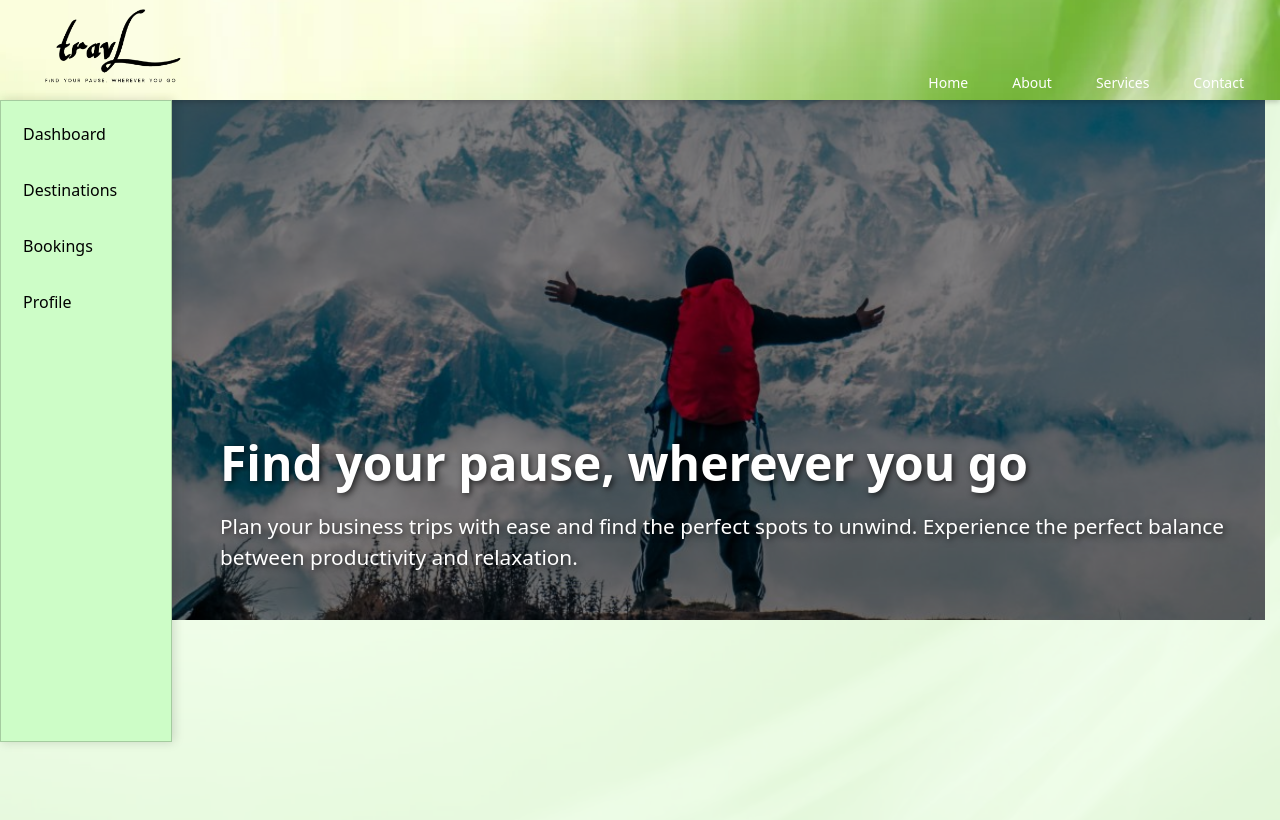
Repository: Nakib-Arman/Javafest25---travL
Page: / (app in Frontend/)
The author's editor kept a copy of each file at every save. The page is drawn from the files as they stood at one save, then again after the next save.
The browser window is 1280 px wide. The pictures show the whole page.
Pictures or frames that could not be fetched are drawn as grey boxes. The project was rebuilt for these pictures with package versions that can differ from the ones it lists, and the page was loaded fresh each time. Also part of the build but not shown: Frontend/vite.config.js.

Above is the page before, as saved 2025-08-13 12:29:38.

### Frontend/src/App.jsx
import { useState } from 'react'

import Home from './Components/Home'

function App() {
  const [count, setCount] = useState(0)

  return (
    <div>
      <Home/>
    </div>
  )
}

export default App

### Frontend/src/Components/Home.jsx
import React, { useState, useEffect } from 'react';
import '../CSS/Home.css';
import Topbar from './Topbar';
import Sidebar from './Sidebar';

import img1 from '../assets/travel1.jpg';
import img2 from '../assets/travel2.jpg';
import img3 from '../assets/travel3.jpg';
import logo from '../assets/Logo1.png';  // adjust the path as needed


export default function Home() {
  const images = [img1, img2, img3];
  const [currentIndex, setCurrentIndex] = useState(0);

  useEffect(() => {
    const timer = setInterval(() => {
      setCurrentIndex((prev) => (prev + 1) % images.length);
    }, 8000);
    return () => clearInterval(timer);
  }, [images.length]);

  return (
    <div className="home-container">
      <Topbar />
      <Sidebar />

      <div className="slideshow-container">
        <div
          className="slide-track"
          style={{ transform: `translateX(-${currentIndex * 100}%)` }}
        >
          {images.map((src, idx) => (
            <img key={idx} src={src} alt={`Slide ${idx}`} className="slide-image" />
          ))}
        </div>

        <div className="overlay-text">
          <h1>Find your pause, wherever you go</h1>
          <p>Plan your business trips with ease and find the perfect spots to unwind.
          Experience the perfect balance between productivity and relaxation.</p>
        </div>
      </div>
    </div>
  );
}

### Frontend/src/CSS/Home.css
.home-container {
    margin: 0;
    padding: 0;

    height: 100vh;
    width: 100vw;

    background-image: url('../assets/background2.jpg');
    background-position: center;
    background-repeat: no-repeat;
    background-size: cover;

    position: relative;
    color: black;
}


.home-container::before {
    content: '';
    position: absolute;
    top: 0;
    left: 0;
    right: 0;
    bottom: 0;
    background: rgba(241, 255, 238, 0.9);
    z-index: 1;
    pointer-events: none;
}



/* Slideshow adjusted to leave space for navbars */
.slideshow-container {
    position: relative;
    margin-top: 100px;
    /* space for topbar */
    margin-left: 165px;
    /* space for sidebar */
    width: calc(100% - 180px);
    height: calc(100% - 200px);
    /* 60% of viewport height */
    overflow: hidden;
    background-color: black;
    /* fallback */
    z-index: 2;
}

.slide-track {
    display: flex;
    transition: transform 0.8s ease-in-out;
    height: 100%;
}

.slide-image {
    min-width: 100%;
    height: 100%;
    object-fit: cover;
    opacity: 0.5;
}

/* Text overlay on slideshow */
.overlay-text {
    position: absolute;
    bottom: 5%;
    left: 5%;
    transform: none;
    text-align: left;
    color: white;
    text-shadow: 2px 2px 6px rgba(0, 0, 0, 0.7);
    z-index: 2;
}

.overlay-text h1 {
    font-size: 3rem;
    margin-bottom: 10px;
}

.overlay-text p {
    font-size: 1.3rem;
}

### Frontend/src/Components/Topbar.jsx
// src/components/Topbar.js
import React from 'react';
import '../CSS/Topbar.css';

export default function Topbar() {
  return (
    <nav className="topbar">
      <a className="logo-link" href="/"></a>

      <div className="nav-buttons">
        <button>Home</button>
        <button>About</button>
        <button>Services</button>
        <button>Contact</button>
      </div>
    </nav>
  );
}

### Frontend/src/Components/Sidebar.jsx
// src/components/Sidebar.js
import React from 'react';
import '../CSS/Sidebar.css';

export default function Sidebar() {
  return (
    <div className="sidebar">
      <button>Dashboard</button>
      <button>Destinations</button>
      <button>Bookings</button>
      <button>Profile</button>
    </div>
  );
}

### Frontend/src/CSS/Topbar.css
.topbar {
    position: fixed;
    top: 0;
    left: 0;
    right: 0;
    height: 100px;
    /* background-color: #161b16; */
    background-image: url('../assets/background2.jpg');
    background-position: center;
    background-repeat: no-repeat;
    background-size: cover;

    display: flex;
    justify-content: space-between;
    align-items: flex-end;
    padding: 0 20px;
    box-shadow: 0 2px 5px rgba(0,0,0,0.2);
    z-index: 1000;
  }

  /* Logo */
  .logo-link {
    display: inline-block;
    height: 100px;   /* make bigger if needed */
    width: 180px;
    background-image: url('../assets/Logo1.png');
    background-size: contain;
    background-repeat: no-repeat;
    background-position: center;
  }

  /* Navigation buttons container */
  .nav-buttons {
    display: flex;
    gap: 12px;
  }

  /* Button styling */
  .nav-buttons button {
    background-color: transparent;
    color: white;
    border: none;
    padding: 8px 16px;
    border-radius: 6px;
    font-size: 14px;
    font-weight: 500;
    cursor: pointer;
    transition: background-color 0.3s ease;
  }

  .nav-buttons button:hover {
    background-color: white;
    color: black;
  }

### Frontend/src/CSS/Sidebar.css
.sidebar {
  position: fixed;
  top: 100px;
  /* below topbar height */
  left: 0;
  width: 150px;
  height: calc(100vh - 100px);
  background-color: #cdfdc7;
  display: flex;
  flex-direction: column;
  padding: 10px;
  gap: 10px;
  z-index: 1000;

  /* Border + shadow */
  border: 1px solid rgba(0, 0, 0, 0.2);
  box-shadow: 2px 0 10px rgba(0, 0, 0, 0.15);
}


.sidebar button {
  background-color: transparent;
  color: black;
  border: none;
  padding: 12px;
  text-align: left;
  border-radius: 4px;
  cursor: pointer;
  transition: background-color 0.3s ease;
}

.sidebar button:hover {
  background-color: #666;
}

Loaded but not shown: Frontend/index.html (common file); Frontend/src/main.jsx (common file); Frontend/src/index.css (common file)

After the next save:
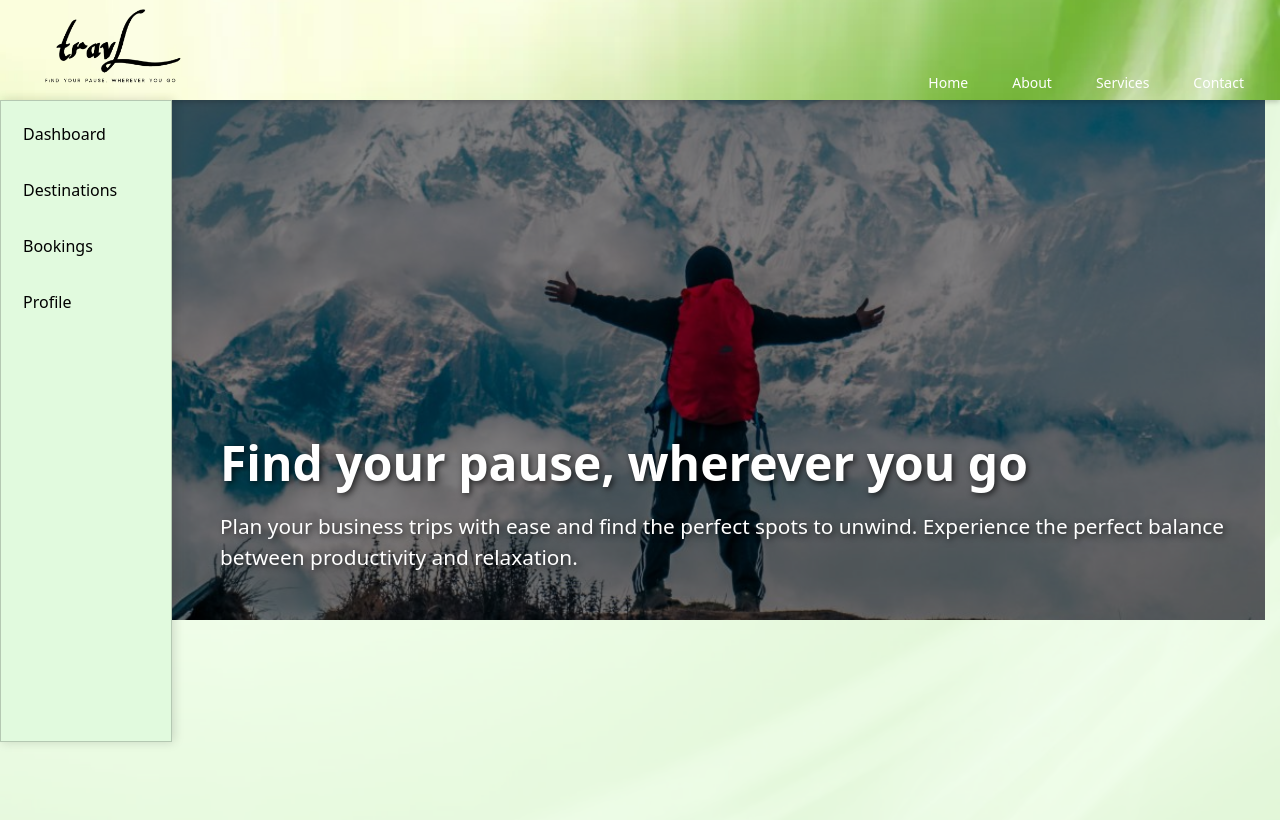
Saved 6 s later.
--- a/Frontend/src/CSS/Sidebar.css
+++ b/Frontend/src/CSS/Sidebar.css
@@ -5,7 +5,7 @@
   left: 0;
   width: 150px;
   height: calc(100vh - 100px);
-  background-color: #cdfdc7;
+  background-color: #e1fade;
   display: flex;
   flex-direction: column;
   padding: 10px;
